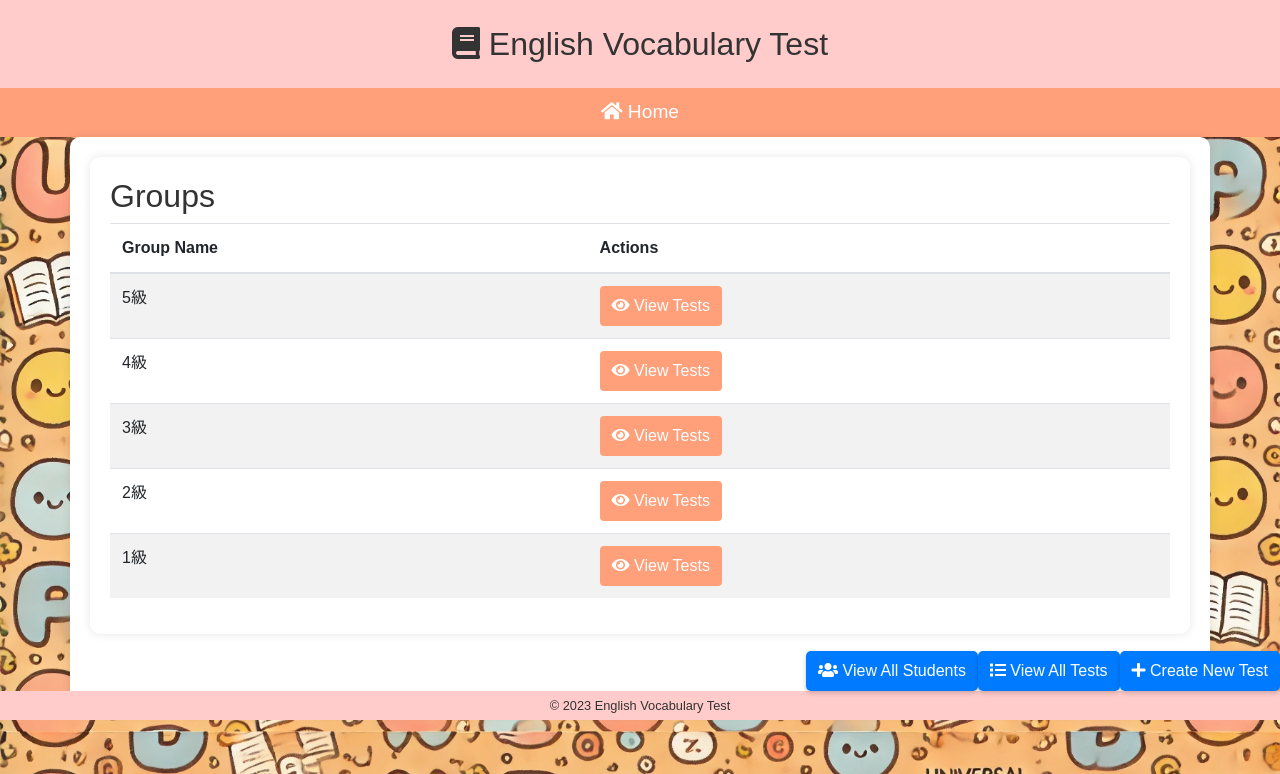
Repository: YamatoGH/testapp
Page: http://localhost/
An editor plug-in stored every save of this project. The page is shown before and after the next save, followed by the edit.
The browser window is 1280 px wide. The pictures show the whole page.
Backgrounds fixed to the window are drawn as part of the page. The page is served by the project's application, run on Django 5.2 (manage.py). The page reads the database file committed with the project.

Above is the page before, as saved 2024-08-01 17:56:59.

After the next save:
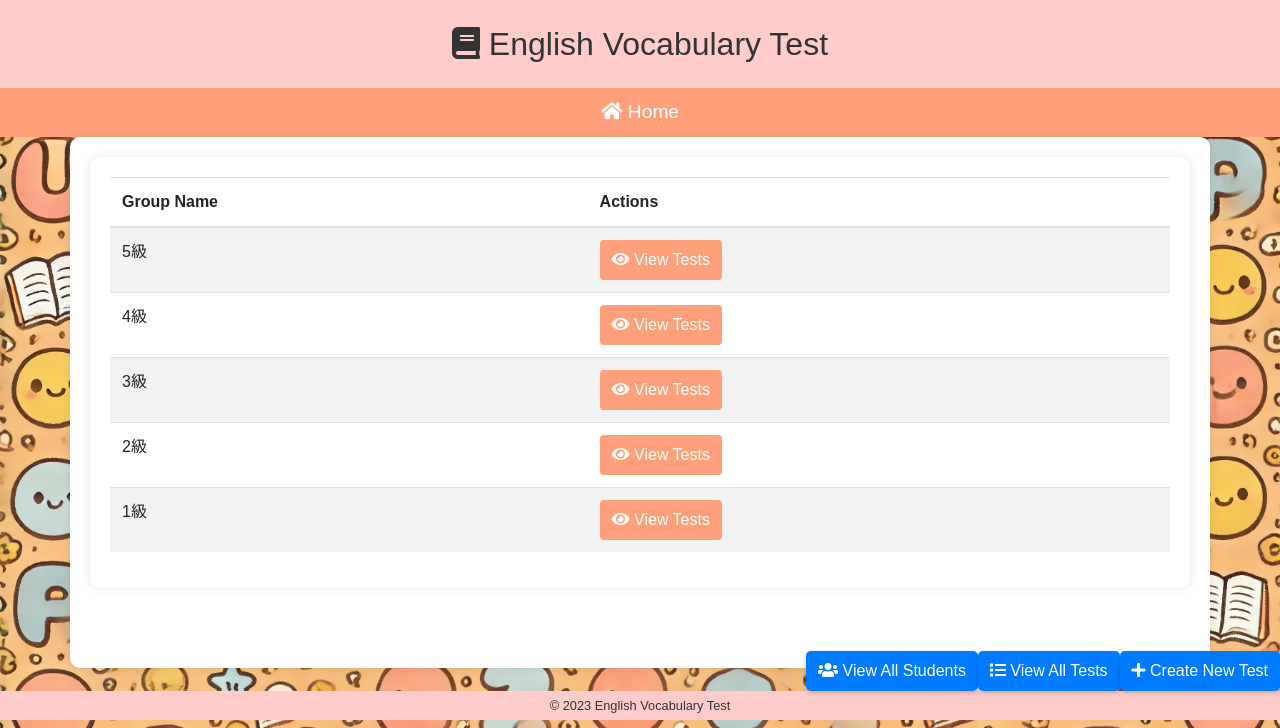
Saved 17 s later.
--- a/testapp/templates/testapp/home.html
+++ b/testapp/templates/testapp/home.html
@@ -6,7 +6,6 @@
 
 <div class="container">
     {% if groups %}
-        <h2>Groups</h2>
         <table class="table table-striped table-hover">
             <thead>
                 <tr>
